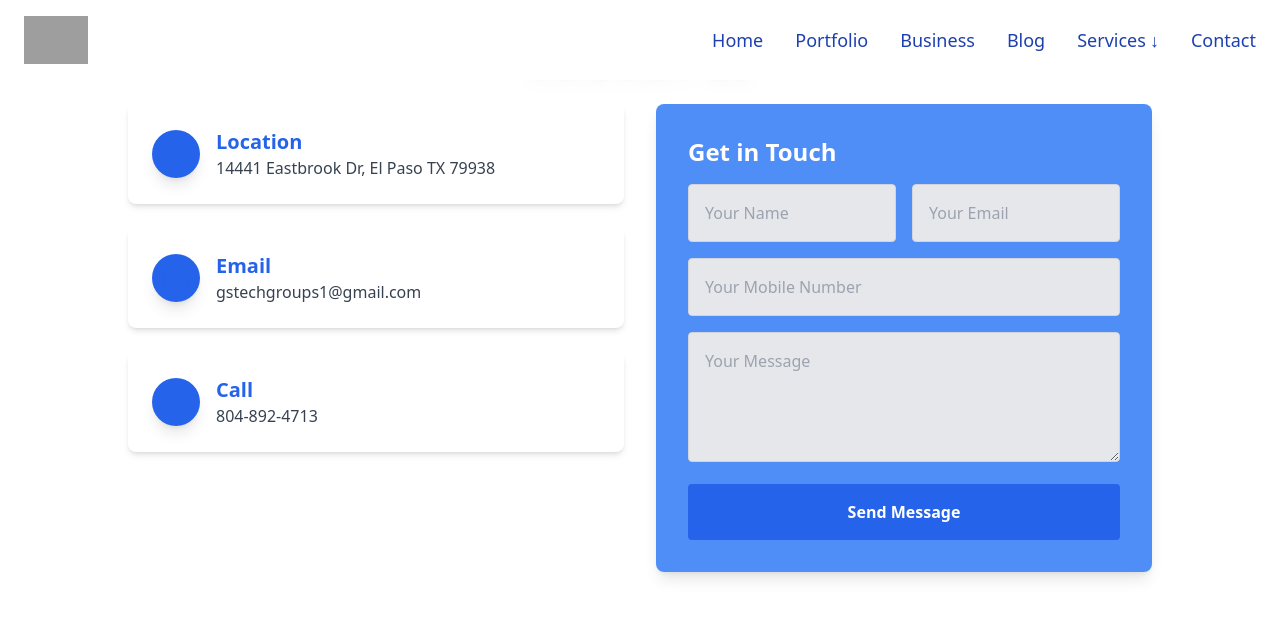
Repository: Rudra-Eswaran/Rudra_Official
Page: /
These files come from the project's save history. The page is drawn as it stood at one moment and after the next save; the edit follows.
The browser window is 1280 px wide. The pictures show the whole page.
Pictures or frames that could not be fetched are drawn as grey boxes. Some web libraries are served in a nearby version. The project was rebuilt for these pictures with package versions that can differ from the ones it lists, and the page was loaded fresh each time. Also part of the build but not shown: vite.config.js.

Above is the page before, as saved 2025-04-15 18:47:01.

After the next save:
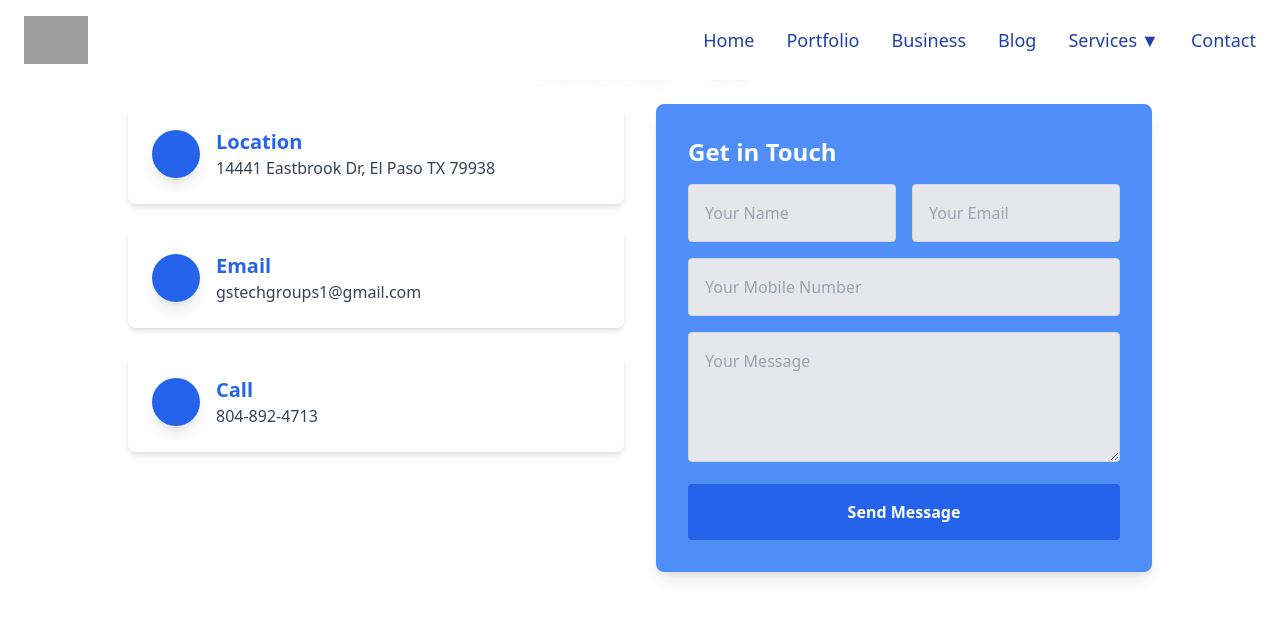
Saved 3 min 40 s later.
--- a/src/components/Navbar.jsx
+++ b/src/components/Navbar.jsx
@@ -66,40 +66,45 @@ const Navbar = () => {
           </li>
 
           {/* Services Dropdown */}
-          <li className="relative group">
-            <Link
-              to="#"
+          <li className="relative">
+            <button
+              onClick={() => setIsOpen(!isOpen)}
               className="flex items-center hover:text-blue-300 transition duration-300 ease-in-out transform hover:scale-105"
             >
               Services
-              <span className="ml-1 text-lg">↓</span> {/* Down Arrow */}
-            </Link>
-            <ul className="absolute left-0 hidden mt-2 space-y-2 bg-white shadow-lg text-blue-800 p-4 rounded-lg w-48 group-hover:block group-hover:opacity-100 opacity-0 transition-all duration-300 ease-in-out">
-              <li>
-                <Link
-                  to="/products"
-                  className="block text-sm hover:text-blue-500 transition duration-300 ease-in-out transform hover:scale-105"
-                >
-                  Products
-                </Link>
-              </li>
-              <li>
-                <Link
-                  to="/services"
-                  className="block text-sm hover:text-blue-500 transition duration-300 ease-in-out transform hover:scale-105"
-                >
-                  Services
-                </Link>
-              </li>
-              <li>
-                <Link
-                  to="/edtech"
-                  className="block text-sm hover:text-blue-500 transition duration-300 ease-in-out transform hover:scale-105"
-                >
-                  Edtech
-                </Link>
-              </li>
-            </ul>
+              <span className="ml-1 text-lg">{isOpen ? "▲" : "▼"}</span> {/* Chevron Arrow */}
+            </button>
+            {isOpen && (
+              <ul className="absolute left-0 mt-2 space-y-2 bg-white shadow-lg text-blue-800 p-4 rounded-lg w-48">
+                <li>
+                  <Link
+                    to="/products"
+                    onClick={() => setIsOpen(false)}
+                    className="block text-sm hover:text-blue-500 transition duration-300 ease-in-out transform hover:scale-105"
+                  >
+                    Products
+                  </Link>
+                </li>
+                <li>
+                  <Link
+                    to="/services"
+                    onClick={() => setIsOpen(false)}
+                    className="block text-sm hover:text-blue-500 transition duration-300 ease-in-out transform hover:scale-105"
+                  >
+                    Services
+                  </Link>
+                </li>
+                <li>
+                  <Link
+                    to="/edtech"
+                    onClick={() => setIsOpen(false)}
+                    className="block text-sm hover:text-blue-500 transition duration-300 ease-in-out transform hover:scale-105"
+                  >
+                    Edtech
+                  </Link>
+                </li>
+              </ul>
+            )}
           </li>
 
           <li>
@@ -169,7 +174,7 @@ const Navbar = () => {
               onClick={() => setIsOpen(!isOpen)}
               className="block text-lg hover:text-blue-300 transition-all duration-300 w-full text-left"
             >
-              Services <span className="ml-1 text-lg">↓</span> {/* Down Arrow */}
+              Services <span className="ml-1 text-lg">{isOpen ? "▲" : "▼"}</span> {/* Chevron Arrow */}
             </button>
             {isOpen && (
               <ul className="space-y-2 pl-4">
